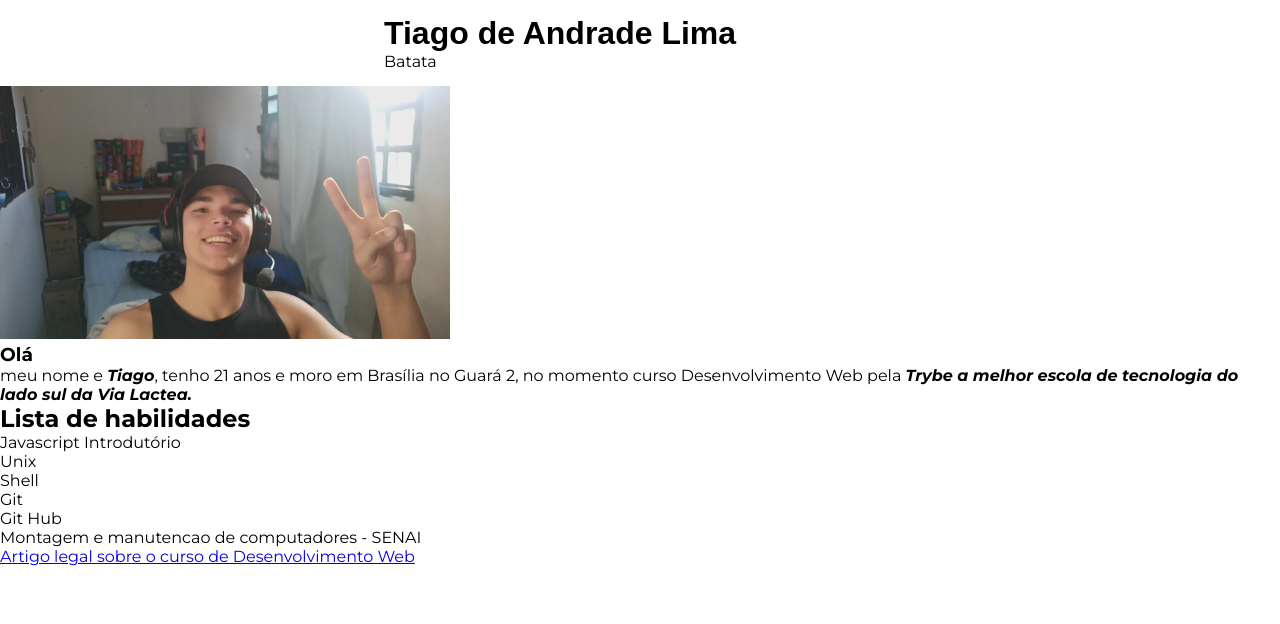
Repository: Batatiago/Batatiago.github.io
Page: index.html
An editor plug-in stored every save of this project. The page is shown before and after the next save, followed by the edit.
The browser window is 1280 px wide. The pictures show the whole page.

Above is the page before, as saved 2023-06-29 09:59:43.

After the next save:
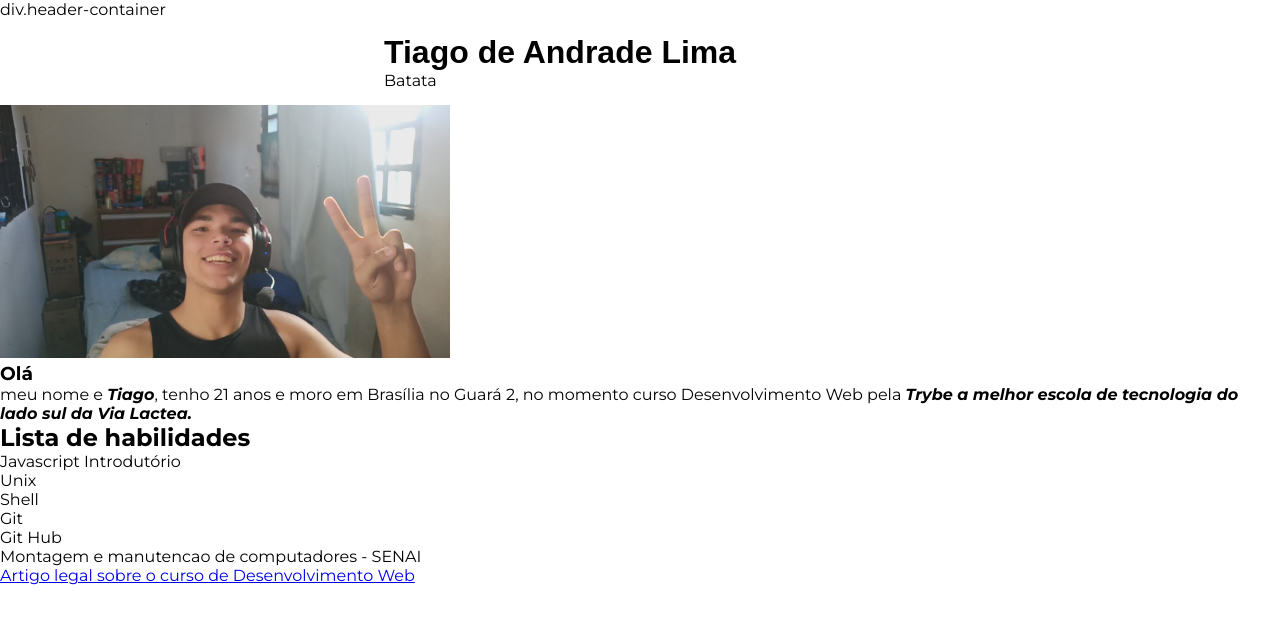
Saved 2 min 10 s later.
--- a/index.html
+++ b/index.html
@@ -12,6 +12,7 @@
 </head>
 
 <body>
+  div.header-container
   <div class="header">
     <h1 class="meuNome"> Tiago de Andrade Lima</h1>
     <p>Batata</p>
